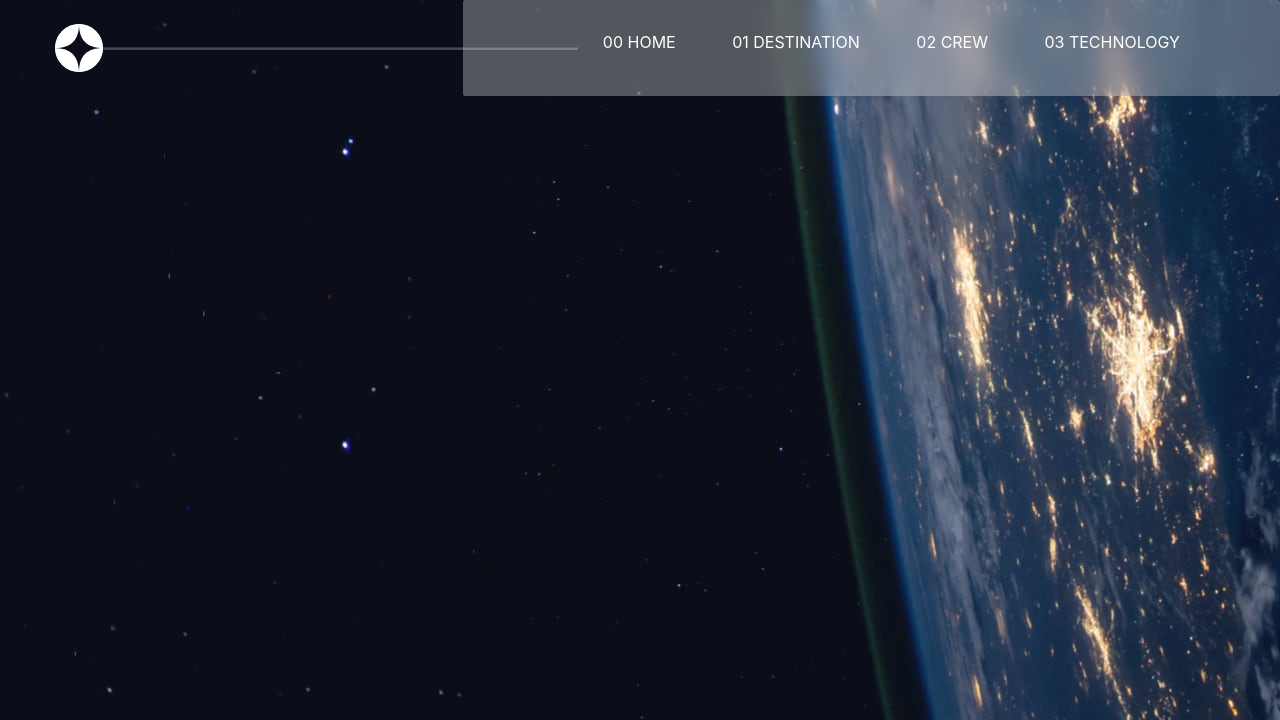
Repository: jhonenmanuel1/FrontEndMentor-MultiPageSpace
Page: /
An editor plug-in stored every save of this project. The page is shown before and after the next save, followed by the edit.
The browser window is 1280 px wide. The pictures show the whole page.
The project was rebuilt for these pictures with package versions that can differ from the ones it lists, and the page was loaded fresh each time.

Above is the page before, as saved 2022-06-21 15:29:14.

### src/App.js
import './App.css';
import HeaderView from './components/header';

function App() {
  return (
    <div className="App">
      <HeaderView/>
    </div>
  );
}

export default App;

### src/App.css
body{
    background-image: url("../src/components/Images/home/background-home-desktop.jpg");
    background-color: #cccccc;


}

### src/components/header.js
import styles from "./styles/header.module.css"

const HeaderView = ()=>{

    return(
        <div className={styles.wraper}>
            <div className={styles.headerLogo}>
            <svg xmlns="http://www.w3.org/2000/svg" width="48" height="48"><g fill="none" fill-rule="evenodd"><circle cx="24" cy="24" r="24" fill="#FFF"/><path fill="#0B0D17" d="M24 0c0 16-8 24-24 24 15.718.114 23.718 8.114 24 24 0-16 8-24 24-24-16 0-24-8-24-24z"/></g></svg>
            </div>
            <div className={styles.headerLine}>
                <hr />
            </div>
            <div className={styles.headerMenu}>
                 <ul>
                    <li> 00 HOME</li>
                    <li> 01 DESTINATION </li>
                    <li> 02 CREW </li>
                    <li className={styles.lastList}> 03 TECHNOLOGY</li>

                </ul>
            </div>

        </div>
    )
}
export default HeaderView;

### src/components/styles/header.module.css
.wraper {
    display: flex;
    justify-content: space-between;


    background-position: center center;
    background-repeat: no-repeat;
    background-size: cover


}
.headerLogo{
    display: flex;
    justify-content: center;
    align-items: center;


}
.headerLogo svg {
    background-color: aliceblue;
    border-radius: 100%;
    height: 48px;
    width: 48px;
    margin-left: 55px;
}

.headerMenu{
    background-color: rgba(255, 255, 255, 0.3);
    border-radius: 2px;
    text-align: center;
    backdrop-filter: blur(12px);
    -webkit-backdrop-filter: blur(10px);
    width: 830px;
    height: 96px;



}

.headerMenu ul {
    display: flex;
    justify-content:  space-between;
    align-items: center;
    padding-right: 100px;
    margin-left: 100px;
    margin-top: 32px;
    color: white;


}
.headerMenu ul li {
    text-decoration: none;
    list-style: none;

}

.headerLogo{
    color: white;

}
.headerLine {
    display: flex;
    justify-content: center;
    align-items: center;
    margin-right: -9%;
    z-index: 1;

}
.headerLine hr {
    height: 1px;
    background-color: white;
    color: white;
    width: 473px;
    opacity:  25.15%;

}

### src/components/views/home.js
import React from "react";

export default function HomeView(){
    return<div>
        <h1>HomeView</h1>
    </div>
}

Loaded but not shown: public/index.html (common file); src/index.js (common file); src/index.css (common file); src/reportWebVitals.js (common file)

After the next save:
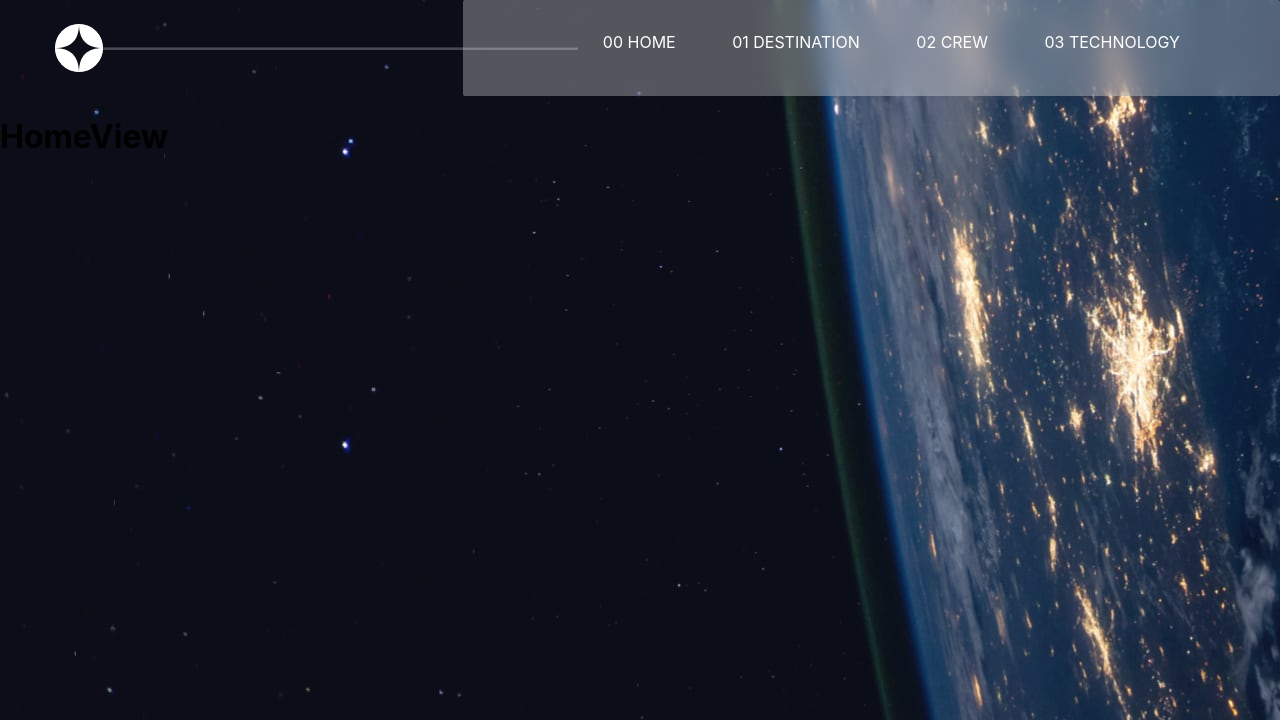
Saved 21 s later.
--- a/src/App.js
+++ b/src/App.js
@@ -1,10 +1,13 @@
 import './App.css';
 import HeaderView from './components/header';
+import HomeView from './components/views/home';
 
 function App() {
   return (
     <div className="App">
       <HeaderView/>
+      <HomeView/>
+
     </div>
   );
 }
